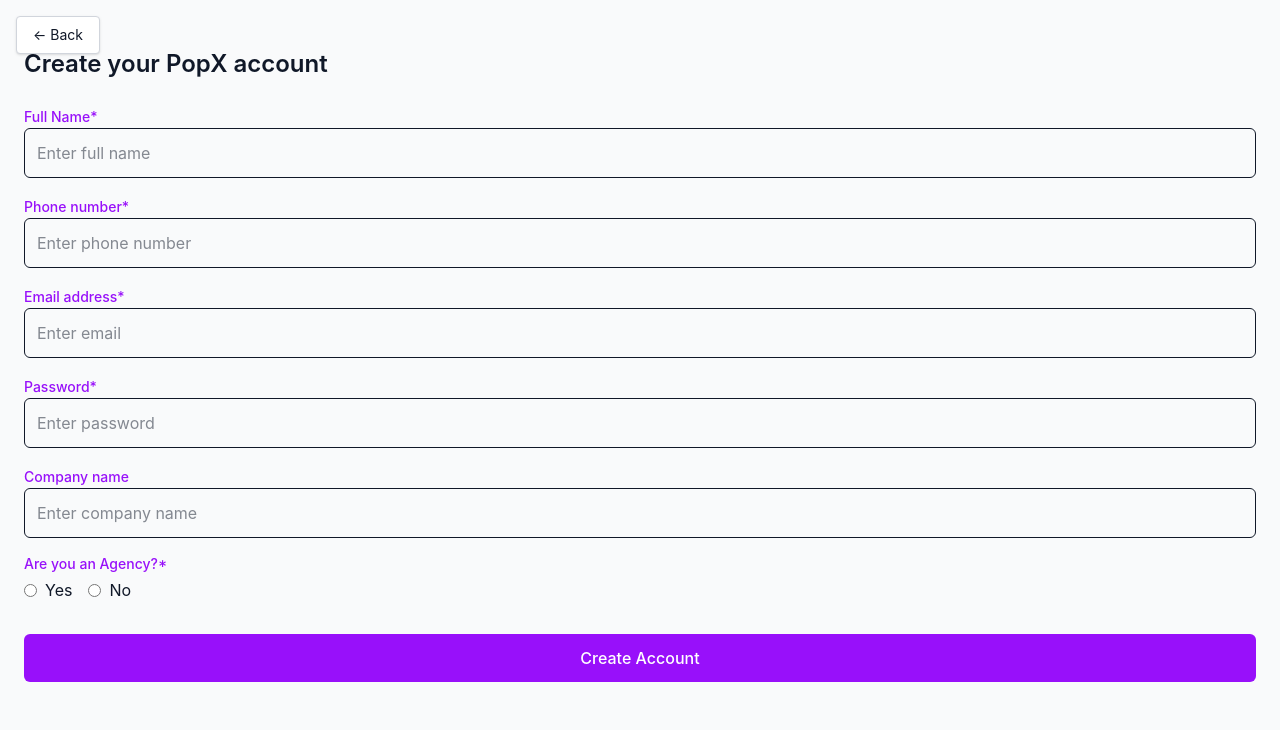
Repository: tanayburbure/inter
Page: /signup
These files come from the project's save history. The page is drawn as it stood at one moment and after the next save; the edit follows.
The browser window is 1280 px wide. The pictures show the whole page.
The project was rebuilt for these pictures with package versions that can differ from the ones it lists, and the page was loaded fresh each time. Also part of the build but not shown: vite.config.js, src/pages/Welcome.jsx, src/pages/Login.jsx, src/pages/Account.jsx.

Above is the page before, as saved 2025-06-17 22:26:30.

After the next save:
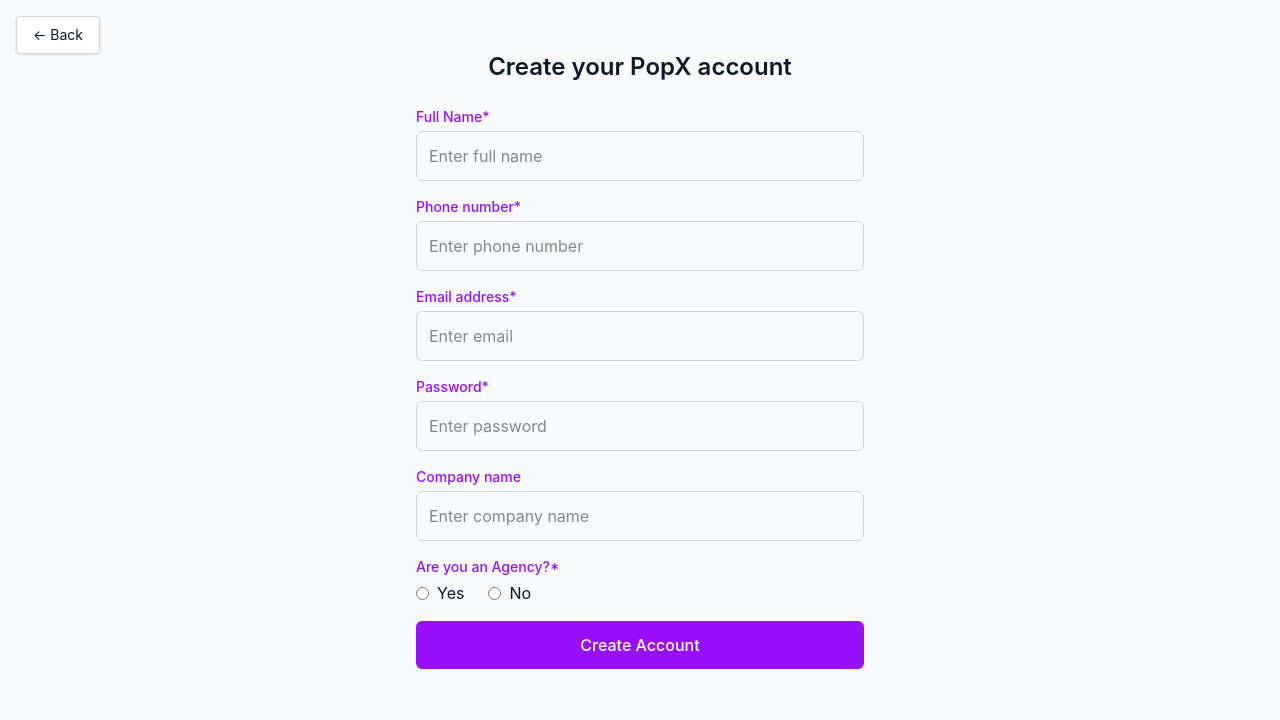
Saved 96 s later.
--- a/src/pages/Signup.jsx
+++ b/src/pages/Signup.jsx
@@ -4,50 +4,105 @@
   const navigate = useNavigate();
 
   return (
-    <div className="min-h-screen flex flex-col justify-center px-6 py-12 bg-gray-50">
-      <h2 className="text-2xl font-semibold text-gray-900 mb-6">Create your PopX account</h2>
-      <form className="space-y-4">
-        <div>
-          <label className="text-sm text-purple-600 font-medium">Full Name*</label>
-          <input type="text" placeholder="Enter full name" className="w-full border rounded-md p-3" />
-        </div>
-        <div>
-          <label className="text-sm text-purple-600 font-medium">Phone number*</label>
-          <input type="text" placeholder="Enter phone number" className="w-full border rounded-md p-3" />
-        </div>
-        <div>
-          <label className="text-sm text-purple-600 font-medium">Email address*</label>
-          <input type="email" placeholder="Enter email" className="w-full border rounded-md p-3" />
-        </div>
-        <div>
-          <label className="text-sm text-purple-600 font-medium">Password*</label>
-          <input type="password" placeholder="Enter password" className="w-full border rounded-md p-3" />
-        </div>
-        <div>
-          <label className="text-sm text-purple-600 font-medium">Company name</label>
-          <input type="text" placeholder="Enter company name" className="w-full border rounded-md p-3" />
-        </div>
-
-        <div>
-          <label className="block text-sm text-purple-600 font-medium mb-1">Are you an Agency?*</label>
-          <div className="flex space-x-4">
-            <label className="flex items-center">
-              <input type="radio" name="agency" className="mr-2 text-purple-600" /> Yes
+    <div className="min-h-screen flex items-center justify-center bg-gray-50 px-4 py-12 sm:px-6 lg:px-8">
+      <div className="w-full max-w-md space-y-6">
+        <h2 className="text-center text-2xl font-semibold text-gray-900">
+          Create your PopX account
+        </h2>
+        <form className="space-y-4">
+          <div>
+            <label className="text-sm text-purple-600 font-medium block mb-1">
+              Full Name*
             </label>
-            <label className="flex items-center">
-              <input type="radio" name="agency" className="mr-2 text-purple-600" /> No
+            <input
+              type="text"
+              placeholder="Enter full name"
+              required
+              className="w-full border border-gray-300 rounded-md p-3 focus:outline-none focus:ring-2 focus:ring-purple-500"
+            />
+          </div>
+          <div>
+            <label className="text-sm text-purple-600 font-medium block mb-1">
+              Phone number*
             </label>
+            <input
+              type="tel"
+              placeholder="Enter phone number"
+              required
+              className="w-full border border-gray-300 rounded-md p-3 focus:outline-none focus:ring-2 focus:ring-purple-500"
+            />
           </div>
-        </div>
-
-        <button
-          type="button"
-          onClick={() => navigate('/account')}
-          className="w-full bg-purple-600 text-white py-3 rounded-md font-medium mt-4"
-        >
-          Create Account
-        </button>
-      </form>
+          <div>
+            <label className="text-sm text-purple-600 font-medium block mb-1">
+              Email address*
+            </label>
+            <input
+              type="email"
+              placeholder="Enter email"
+              required
+              className="w-full border border-gray-300 rounded-md p-3 focus:outline-none focus:ring-2 focus:ring-purple-500"
+            />
+          </div>
+          <div>
+            <label className="text-sm text-purple-600 font-medium block mb-1">
+              Password*
+            </label>
+            <input
+              type="password"
+              placeholder="Enter password"
+              required
+              className="w-full border border-gray-300 rounded-md p-3 focus:outline-none focus:ring-2 focus:ring-purple-500"
+            />
+          </div>
+          <div>
+            <label className="text-sm text-purple-600 font-medium block mb-1">
+              Company name
+            </label>
+            <input
+              type="text"
+              placeholder="Enter company name"
+              className="w-full border border-gray-300 rounded-md p-3 focus:outline-none focus:ring-2 focus:ring-purple-500"
+            />
+          </div>
+          <div>
+            <label className="block text-sm text-purple-600 font-medium mb-1">
+              Are you an Agency?*
+            </label>
+            <div className="flex space-x-6">
+              <label className="flex items-center">
+                <input
+                  type="radio"
+                  name="agency"
+                  value="yes"
+                  required
+                  className="mr-2 text-purple-600 focus:ring-purple-500"
+                />
+                Yes
+              </label>
+              <label className="flex items-center">
+                <input
+                  type="radio"
+                  name="agency"
+                  value="no"
+                  required
+                  className="mr-2 text-purple-600 focus:ring-purple-500"
+                />
+                No
+              </label>
+            </div>
+          </div>
+          <button
+            type="submit"
+            onClick={(e) => {
+              e.preventDefault(); // Prevent form submission (since no backend)
+              navigate('/account');
+            }}
+            className="w-full bg-purple-600 hover:bg-purple-700 text-white py-3 rounded-md font-medium transition duration-200"
+          >
+            Create Account
+          </button>
+        </form>
+      </div>
     </div>
   );
 }
